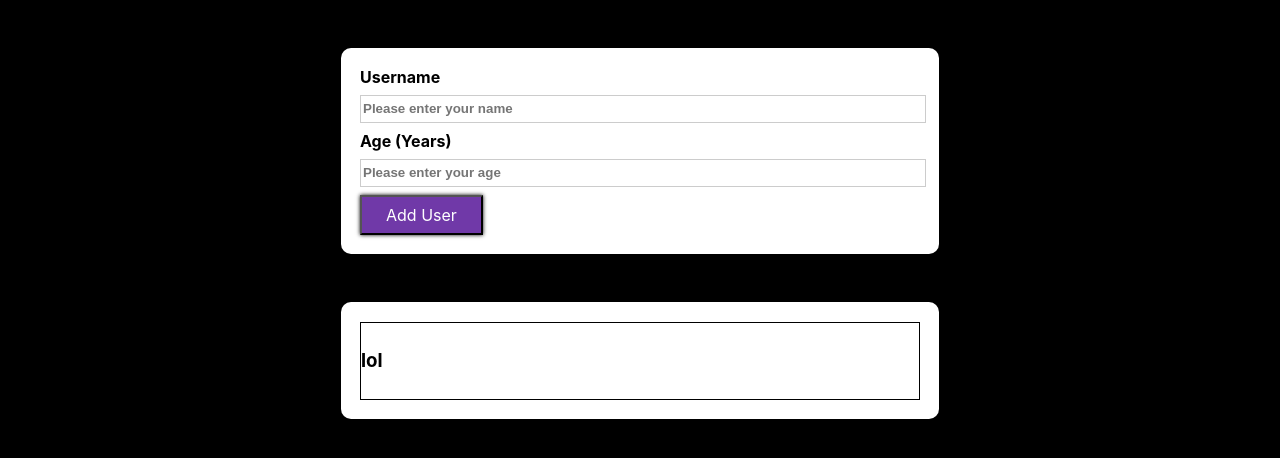
Repository: NamalPathirana/section-eight
Page: /
These files come from the project's save history. The page is drawn as it stood at one moment and after the next save; the edit follows.
The browser window is 1280 px wide. The pictures show the whole page.
The project was rebuilt for these pictures with package versions that can differ from the ones it lists, and the page was loaded fresh each time.

Above is the page before, as saved 2021-11-26 04:02:14.

### src/index.css
body {
  margin: 0;
  padding: 0%;
  height: 100%;
  width: 100%;
  display: flex;
  flex-direction: column;
  background-color: black;
  font-family: -apple-system, BlinkMacSystemFont, 'Segoe UI', 'Roboto', 'Oxygen',
    'Ubuntu', 'Cantarell', 'Fira Sans', 'Droid Sans', 'Helvetica Neue',
    sans-serif;
  -webkit-font-smoothing: antialiased;
  -moz-osx-font-smoothing: grayscale;
}

code {
  font-family: source-code-pro, Menlo, Monaco, Consolas, 'Courier New',
    monospace;
}

### src/App.js
import logo from './logo.svg';
import './App.css';
import UserInput from './Components/UserInput/UserInput';
import UserList from './Components/UserList/UserList';

function App() {
  return (
    <div className="App">
      <section>
      <UserInput></UserInput>
      </section>
      <section>
      <UserList></UserList>
      </section>

    </div>
  );
}

export default App;

### src/App.css
.App {


}

### src/Components/UserInput/UserInput.js
import Button from '../../UI/Button/Button';
import styles from './UserInput.module.css'

const UserInput = () => {
    return (
        <form>
        <div className={styles.frame}>
            <label>Username</label>
            <input placeholder='Please enter your name'/>
            <label>Age (Years)</label>
            <input placeholder='Please enter your age'/>
            <Button name='Add User'></Button>
        </div>
        </form>
    );
};

export default UserInput;

### src/Components/UserList/UserList.js
import styles from './UserList.module.css';
import UserListItem from '../UserListItem/UserListItem'


const UserList = () => {

    return(
        <div className={styles.frame}>
            <UserListItem/>
        </div>
    );
}

export default UserList;

### src/UI/Button/Button.js
import styles from "./Button.module.css";

const Button = (props) => {
  return <button className={styles.button}>{props.name}</button>;
};

export default Button;

### src/Components/UserInput/UserInput.module.css
.frame{
    margin: 0.5rem 0.5rem;
    padding: 1.2rem 1.2rem;
    width: 35rem;
    max-width: 90%;
    margin: 3rem auto;
    background-color: white;
    border-radius: 10px;

}

.frame input{
    display: block;
    font-weight: bold;
    border: 1px solid #ccc;
    line-height: 1.5rem;
    padding: 100 0.25rm;
    width: 100%;
    margin-bottom: 0.5rem;
}

.frame input:hover{
    border: 1px solid rgb(49, 45, 45);
}

.frame label{
    display: block;
    align-content: flex-start;
    font-weight: bold;
    margin-bottom: 0.5rem;
}

### src/Components/UserList/UserList.module.css
.frame{
    margin: 0.5rem 0.5rem;
    padding: 1.2rem 1.2rem;
    width: 35rem;
    max-width: 90%;
    margin: 3rem auto;
    background-color: white;
    border-radius: 10px;
    display: flex;
    flex-direction: column;
}

### src/Components/UserListItem/UserListItem.js
import styles from './UserListItem.module.css';


const UserListItem = (props) => {
    return(
        <div className={styles.list_item}>
            <h3>lol</h3>
        </div>
    );
}

export default UserListItem;

### src/UI/Button/Button.module.css
.button{
    font: inherit;
    padding: 0.5rem 1.5rem;
    background-color: rgb(112, 57, 168);
    color:white;
    box-shadow: 0 0 4px black;
    cursor: pointer;
    width: auto;
}

.button:focus{
    outline: none;
}

.button:hover,.button:active{
    background-color: rgb(185, 140, 231);
    border-color: rgb(185, 140, 231);
    box-shadow: 0 0 8px black;
}

### src/Components/UserListItem/UserListItem.module.css
.list_item{
    border: 1px solid black;
    display: block;
    padding: 0.5rem 0rem;
}

Loaded but not shown: public/index.html (common file); src/index.js (common file); src/reportWebVitals.js (common file)

After the next save:
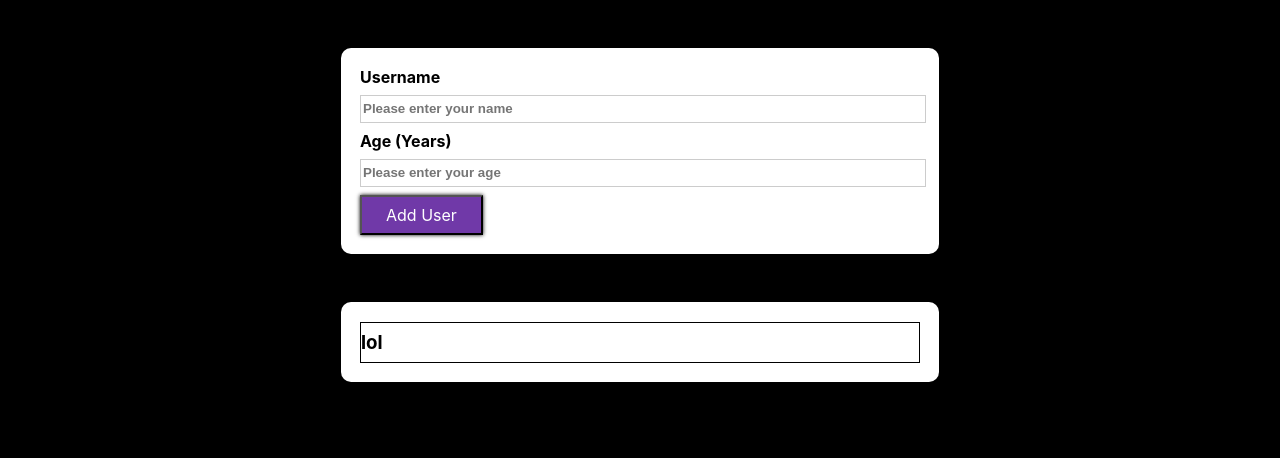
Saved 51 s later.
--- a/src/Components/UserListItem/UserListItem.module.css
+++ b/src/Components/UserListItem/UserListItem.module.css
@@ -3,3 +3,7 @@
     display: block;
     padding: 0.5rem 0rem;
 }
+
+.list_item h3{
+    margin: 0px;
+}
